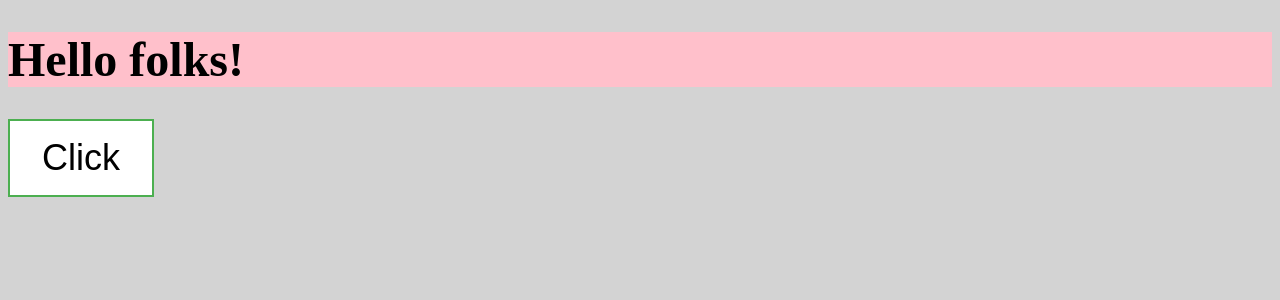
Repository: aakriti-tech/GlobalLogic
Page: Akki/WebContent/index.html
These files come from the project's save history. The page is drawn as it stood at one moment and after the next save; the edit follows.
The browser window is 1280 px wide. The pictures show the whole page.

Above is the page before, as saved 2022-08-01 05:50:54.

### Akki/WebContent/index.html
<!DOCTYPE html>
<html>
<head>
<meta charset="ISO-8859-1">
<title>First Web App</title>
<style>
body{
background-color:LightGray;}
h1{
font-size:48px;
}
.button1 {
  background-color: white;
  color: black;
  border: 2px solid #4CAF50;
  font-size: 36px;
  padding: 16px 32px;
  text-align: center;
}

.button1:hover {
  background-color: #4CAF50;
  color: white;
}</style>
</head>
<body>

<h1 style="background-color: pink">Hello folks!</h1>
<button class="button button1">Click</button>

</body>
</html>

After the next save:
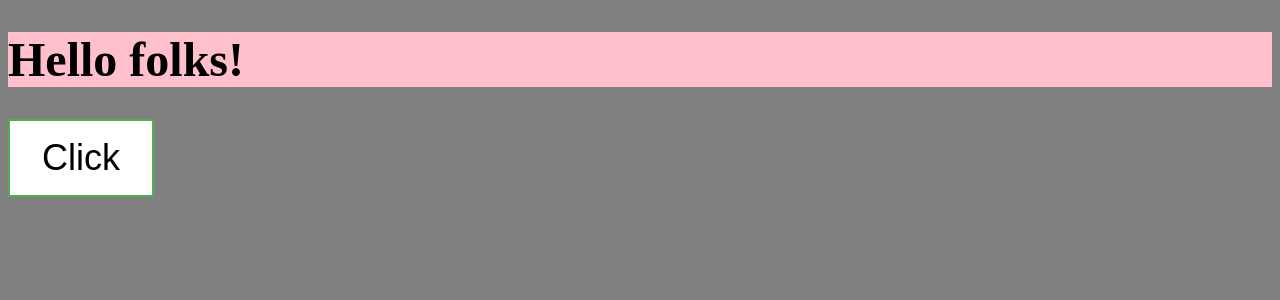
Saved 74 s later.
--- a/Akki/WebContent/index.html
+++ b/Akki/WebContent/index.html
@@ -5,7 +5,7 @@
 <title>First Web App</title>
 <style>
 body{
-background-color:LightGray;}
+background-color:Gray;}
 h1{
 font-size:48px;
 }

After the save that followed:
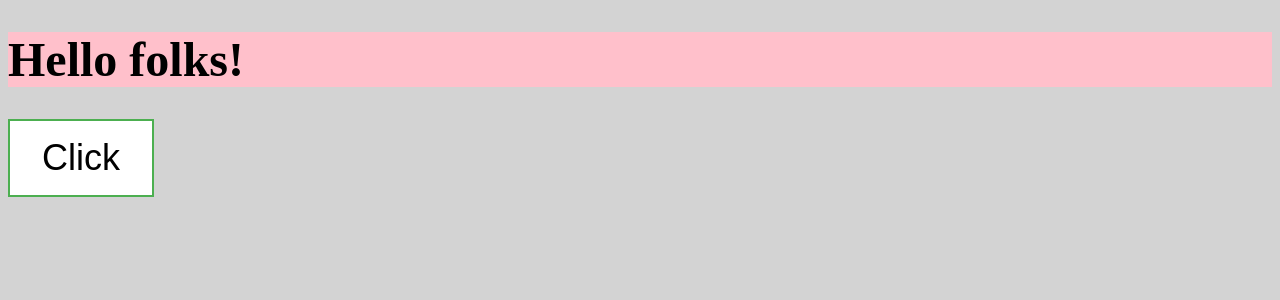
Saved 11 s later.
--- a/Akki/WebContent/index.html
+++ b/Akki/WebContent/index.html
@@ -5,7 +5,7 @@
 <title>First Web App</title>
 <style>
 body{
-background-color:Gray;}
+background-color:LightGray;}
 h1{
 font-size:48px;
 }
